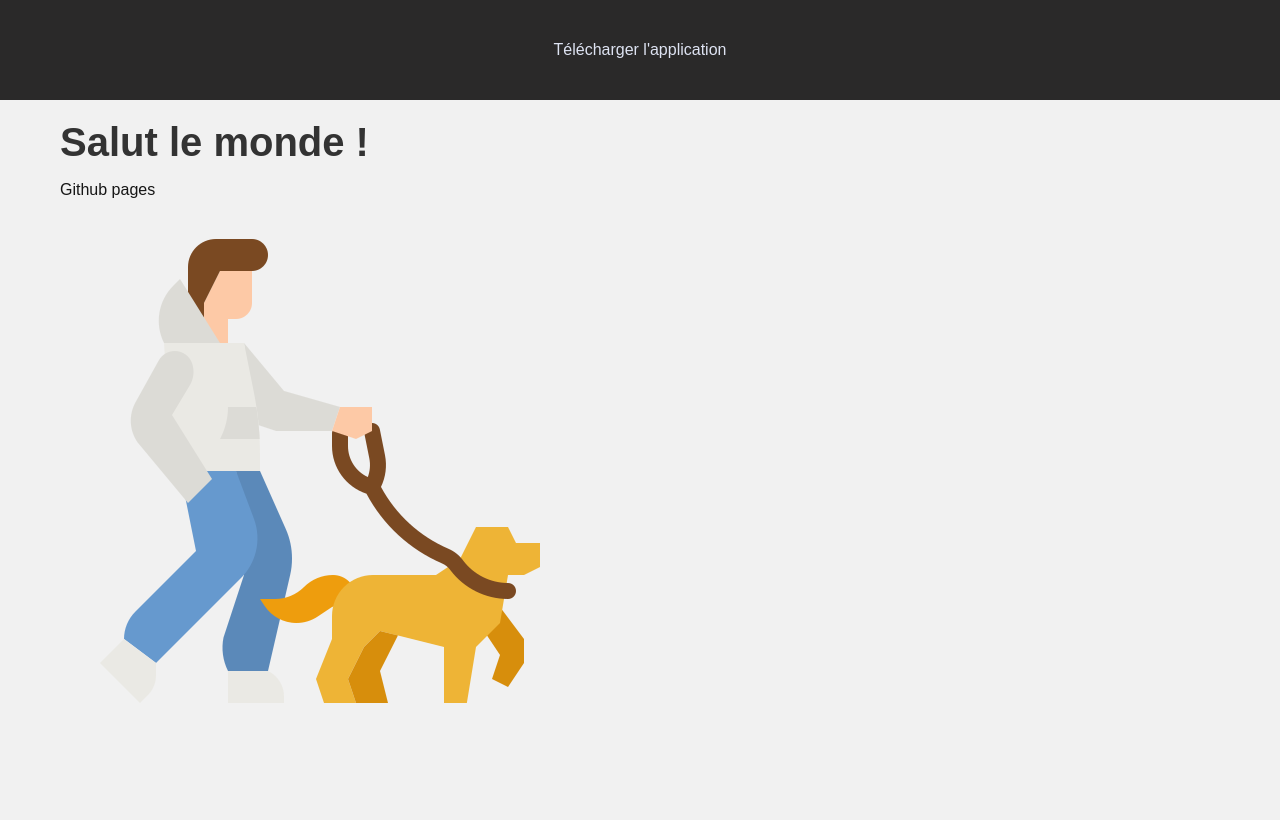
Repository: CarmenFerlatte/demoGithubPages
Page: index.html
These files come from the project's save history. The page is drawn as it stood at one moment and after the next save; the edit follows.
The browser window is 1280 px wide. The pictures show the whole page.

Above is the page before, as saved 2024-08-09 16:49:02.

After the next save:
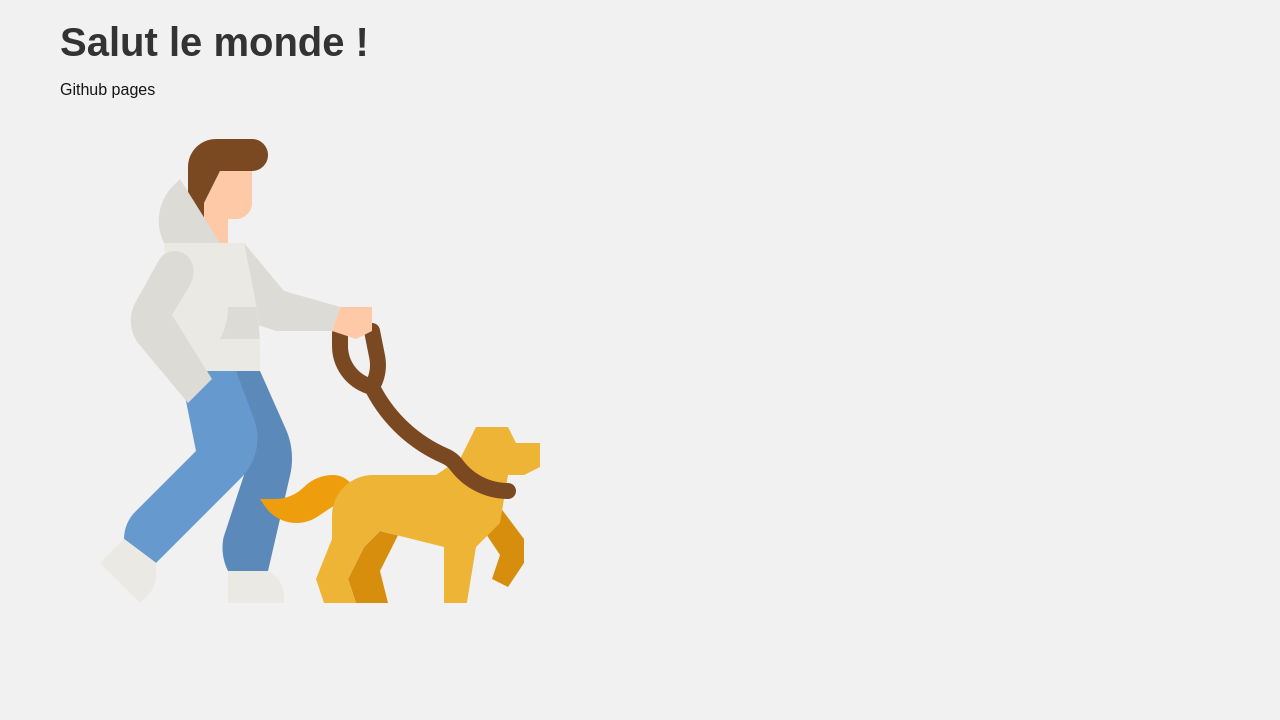
Saved 14 s later.
--- a/index.html
+++ b/index.html
@@ -23,9 +23,7 @@
   </head>
   <body>
     <header>
-      <div class="header-nav">
-        <a href="index.html">Télécharger l'application</a>
-      </div>
+
     </header>
     <main>
       <section class="container">
